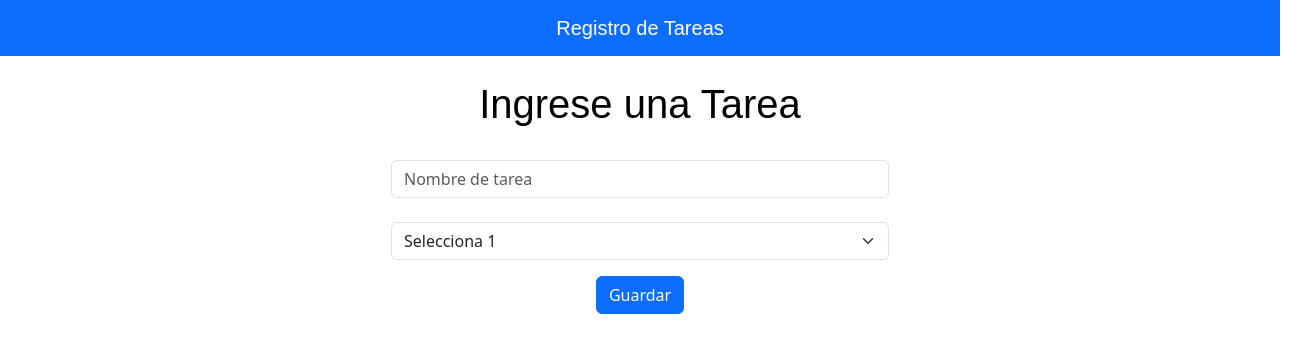
Repository: mgarrido0gb/registroTareas
Page: http://localhost/Tareas/Home
These files come from the project's save history. The page is drawn as it stood at one moment and after the next save; the edit follows.
The browser window is 1280 px wide. The page is 1292 px wide, so the pictures cover 1292 px, including what lies to the right of the window. The pictures show the whole page.
The page is served by Tomcat 10. Other server files are loaded and not shown. Queries for data that is not in the repository find no rows.

Above is the page before, as saved 2024-05-21 22:37:29.

### Tareas/src/main/webapp/WEB-INF/home.jsp
<%@page import="models.Categoria"%>
<%@page import="models.Tarea"%>
<%@ page language="java" contentType="text/html; charset=ISO-8859-1"
    pageEncoding="ISO-8859-1" import="java.util.ArrayList" import="models.Tarea" import="models.Categoria"%>
<!doctype html>
<html lang="en">
  <head>
    <meta charset="utf-8">
    <meta name="viewport" content="width=device-width, initial-scale=1">
    <title>Registro Tareas</title>
    <link href="https://cdn.jsdelivr.net/npm/bootstrap@5.3.3/dist/css/bootstrap.min.css" rel="stylesheet" integrity="sha384-QWTKZyjpPEjISv5WaRU9OFeRpok6YctnYmDr5pNlyT2bRjXh0JMhjY6hW+ALEwIH" crossorigin="anonymous">
    <style type="text/css">
    	body{
    		background-color: white;
    		color: black;
    	}

    	li{
    		color: black;
    	}

    	#titulo ,h1{
    		font-family: 'Open-Sans',sans-serif;
    	}

    	#titulo{
    		color: white;
    	}






    </style>

  </head>
  <body>
  	<%
  		ArrayList<Categoria> cats = (ArrayList<Categoria>)request.getAttribute("cats");
  		ArrayList<Tarea> tareas = (ArrayList<Tarea>)request.getAttribute("tareas");

  	%>
  	<nav class="navbar navbar-expand-lg bg-primary">
    	<div class="container-fluid">
        	<a class="navbar-brand mx-auto" id="titulo" href="#">Registro de Tareas</a>
    	</div>
	</nav>

    <div class="container">
    	<div class="row justify-content-center">
        	<div class="col-12 col-md-9 col-lg-6">
            	<form action="/Tareas/Home" method="post">
                	<div class="p-4">
                    	<h1 class="text-center">Ingrese una Tarea</h1>
                    	<br>
                    	<div class="form-group">
                        	<input class="form-control" placeholder="Nombre de tarea" name="texto" type="text" required>
                    	</div>
                    	<br>
                    	<div class="col-12">
              				<select class="form-select" name="categoria_id" required>
                				<option selected value required>Selecciona 1</option>
                					<% for (Categoria c: cats) { %>
                						<option value="<%=c.id %>"><%=c.nombre %></option>
                					<% } %>
              				</select>
     					</div>
                    	<div class="text-center mt-3">
                        	<input type="submit" value="Guardar" class="btn btn-primary" onclick="mensaje()">
                    	</div>
                	</div>

            	</form>
        	</div>
    	</div>
	</div>






   <div class="row">
   		<div class="col-6 offset-3 d-block m-auto m-0 p-2 col-md-3">


    			<% for (Tarea t: tareas) { %>
    				<ul class="list-group text-center">
    					<li <% if (t.completada == true){ %>class="text-decoration-line-through text-danger"<% } %> class="list-group-item text-center">
    		 				<h5>Agregada el: <%=t.fecha %></h5>
    		 				<h6 class="text-center">(<%=t.texto%>)</h6>
    		 				<a href="/Tareas/CheckearTarea?id=<%=t.id%>"><img src="https://img.icons8.com/?size=48&id=sz8cPVwzLrMP&format=png" class="logotipo" onclick="check()" ></img></a>
    		 				<a href="/Tareas/GestionTarea?id=<%=t.id%>"><img src="https://img.icons8.com/?size=48&id=pre7LivdxKxJ&format=png" class="logotipo" onclick="eliminar()"></img></a>
    					</li>
    				<br>
    			<%}%>
    		</ul>

   		</div>
   </div>


   <script type="text/javascript">


   	function mensaje(){
   		alert("Tarea Agregada con éxito");
   	}

   	function eliminar(){
   		alert("Tarea eliminada con éxito");
   	}

   	function check(){
   		alert("Tarea Realizada con éxito");
   	}

   </script>
    <script src="https://cdn.jsdelivr.net/npm/bootstrap@5.3.3/dist/js/bootstrap.bundle.min.js" integrity="sha384-YvpcrYf0tY3lHB60NNkmXc5s9fDVZLESaAA55NDzOxhy9GkcIdslK1eN7N6jIeHz" crossorigin="anonymous"></script>
  </body>
</html>

### Tareas/src/main/java/servlets/Home.java
package servlets;

import jakarta.servlet.RequestDispatcher;
import jakarta.servlet.ServletException;
import jakarta.servlet.annotation.WebServlet;
import jakarta.servlet.http.HttpServlet;
import jakarta.servlet.http.HttpServletRequest;
import jakarta.servlet.http.HttpServletResponse;
import models.Categoria;
import models.Tarea;

import java.io.IOException;
import java.sql.SQLException;
import java.util.ArrayList;

import daos.CategoriaDao;
import daos.TareaDao;


/**
 * Servlet implementation class Home
 */
public class Home extends HttpServlet {
	private static final long serialVersionUID = 1L;

    /**
     * Default constructor.
     */
    public Home() {
        // TODO Auto-generated constructor stub
    }

	/**
	 * @throws IOException
	 * @throws ServletException
	 * @see HttpServlet#doGet(HttpServletRequest request, HttpServletResponse response)
	 */
	protected void doGet(HttpServletRequest request, HttpServletResponse response) throws ServletException, IOException  {
		// TODO Auto-generated method stub
		try {
			ArrayList<Tarea> tareas = TareaDao.getAll();
			System.out.println(tareas);
			request.setAttribute("tareas", tareas);

			ArrayList<Categoria> cats = CategoriaDao.getAll();
			request.setAttribute("cats", cats);
		} catch(SQLException e) {
			System.out.println(e);
		}


		// 2. Cargamos el JSP
		RequestDispatcher vista = request.getRequestDispatcher("WEB-INF/home.jsp");
		vista.forward(request, response);
	}

	/**
	 * @see HttpServlet#doPost(HttpServletRequest request, HttpServletResponse response)
	 */
	protected void doPost(HttpServletRequest request, HttpServletResponse response) throws ServletException, IOException {
		// TODO Auto-generated method stub
		String textoNuevaTarea = request.getParameter("texto");
		int categoria_id = Integer.parseInt(request.getParameter("categoria_id"));
		try {
			TareaDao.addNew(textoNuevaTarea,categoria_id);

		} catch (SQLException e) {
			// TODO Auto-generated catch block
			e.printStackTrace();
		}


		response.sendRedirect("/Tareas/Home");
	}

}

### Tareas/src/main/java/daos/TareaDao.java
package daos;

import java.sql.Connection;
import java.sql.PreparedStatement;
import java.sql.ResultSet;
import java.sql.SQLException;
import java.sql.Statement;
import java.util.ArrayList;

import models.Categoria;
import models.MyConn;
import models.Tarea;

public class TareaDao {

	static public void addNew(String textoNuevaTarea, int categoria_id) throws SQLException {
		//1.-  nueva conexion
		Connection conn = MyConn.getConnection();
		//2.- consulta
		PreparedStatement consulta =conn.prepareStatement("INSERT INTO TAREAS (texto,categoria_id) values(?,?)");
		consulta.setString(1, textoNuevaTarea);
		consulta.setInt(2, categoria_id);
		consulta.execute();
	}

	static public void deleteById (int idTarea) throws SQLException {
		// 1. Pedimos una conexion nueva
		Connection conn = MyConn.getConnection();
		// 2. Creamos la consulta
		PreparedStatement stmt = conn.prepareStatement(
			"delete from tareas where id=?"
		);
		stmt.setInt(1, idTarea);
		// 3. Ejecutar la stmt
		stmt.executeUpdate();
	  }

	static public void checkById (int idTarea) throws SQLException {
		// 1. Pedimos una conexion nueva
		Connection conn = MyConn.getConnection();
		// 2. Creamos la consulta
		PreparedStatement stmt = conn.prepareStatement(
			"update tareas set completada = true where id = ?"
		);
		stmt.setInt(1, idTarea);
		// 3. Ejecutar la stmt
		stmt.executeUpdate();
	  }





	static public ArrayList<String> get_textos () throws SQLException {
		// 1. Creamos un ArrayList vacío
		ArrayList<String> textos = new ArrayList<String>();
		// 2. Pedimos una conección nueva
		Connection conn = MyConn.getConnection();
		// 3. Creamos y ejecutamos la consulta
		Statement consulta = conn.createStatement();
		ResultSet respuesta = consulta.executeQuery("select * from tareas ");

		// 4. Vamos llenando el ArrayList con lo que tenga la respuesta
		while (respuesta.next()) {
		  textos.add( respuesta.getString("texto") );
		}
		// 5. Retornamos el ArrayList, ahora lleno
		return textos;
	  }



	static public ArrayList<Tarea> getAll () throws SQLException {
		// 1. Creamos un ArrayList vacío
		ArrayList<Tarea> tareas = new ArrayList<Tarea>();
		// 2. Pedimos una conección nueva
		Connection conn = MyConn.getConnection();
		// 3. Creamos y ejecutamos la consulta
		Statement consulta = conn.createStatement();
		ResultSet respuesta = consulta.executeQuery("select * from tareas");

		// 4. Vamos llenando el ArrayList con lo que tenga la respuesta
		while (respuesta.next()) {
			Tarea t = new Tarea(
					respuesta.getInt("id"),
					respuesta.getString("texto"),
					respuesta.getBoolean("completada"),
					respuesta.getDate("fecha")


			);
		  tareas.add(t);
		}
		return tareas;
	  }
}

### Tareas/src/main/java/models/MyConn.java
package models;

import java.sql.Connection;
import java.sql.DriverManager;
import java.sql.SQLException;

public class MyConn {
	static final String URL = "jdbc:postgresql://localhost/ejemplo_dao";
	static final String USER = "postgres";
	static final String PASSWORD = "12345";
	static final String DRIVER = "org.postgresql.Driver";

	static public Connection conn = null;

    static public Connection getConnection () {
      if (conn != null) {
        return conn;
      }
      try {
    	Class.forName(DRIVER);
    	conn = (Connection) DriverManager.getConnection(URL, USER, PASSWORD);
      }
      catch (ClassNotFoundException | SQLException e) {
    	e.printStackTrace();
      }
      return conn;
    }
}

### Tareas/src/main/java/daos/CategoriaDao.java
package daos;

import java.sql.Connection;
import java.sql.ResultSet;
import java.sql.SQLException;
import java.sql.Statement;
import java.util.ArrayList;

import models.Categoria;
import models.MyConn;


public class CategoriaDao {
	static public ArrayList<Categoria> getAll () throws SQLException {
		// 1. Creamos un ArrayList vacío
				ArrayList<Categoria> categorias = new ArrayList<Categoria>();
				// 2. Pedimos una conección nueva
				Connection conn = MyConn.getConnection();
				// 3. Creamos y ejecutamos la consulta
				Statement consulta = conn.createStatement();
				ResultSet respuesta = consulta.executeQuery("select * from categorias order by id");

				// 4. Vamos llenando el ArrayList con lo que tenga la respuesta
				while (respuesta.next()) {
				  Categoria t = new Categoria(
					respuesta.getInt("id"),
					respuesta.getString("nombre")
				  );
				  categorias.add( t );
				}
			  // 5. Retornamos el ArrayList, ahora lleno
			  return categorias;
}}

After the next save:
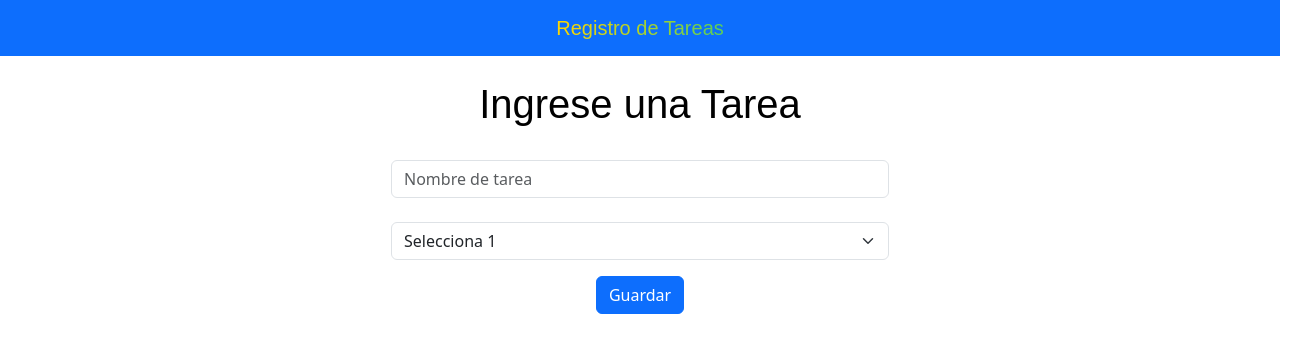
Saved 3 min 53 s later.
--- a/Tareas/src/main/webapp/WEB-INF/home.jsp
+++ b/Tareas/src/main/webapp/WEB-INF/home.jsp
@@ -24,7 +24,12 @@
     	}
 
     	#titulo{
-    		color: white;
+  			color: transparent;
+    		background-image: linear-gradient(to left, #FFD700, #7B68EE, #3498db, #2ecc71, #FFD700);
+    		background-clip: text;
+    		animation: color 3s linear infinite;
+    		background-size: 500%;
+
     	}
 
 
